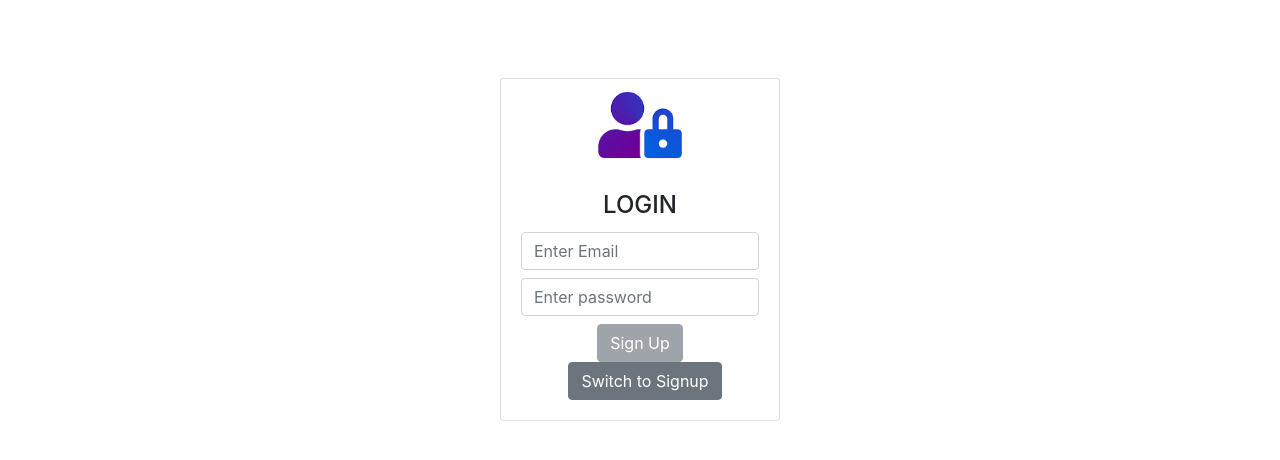
Repository: hosseinemami1370/iranicard
Page: /signup
These files come from the project's save history. The page is drawn as it stood at one moment and after the next save; the edit follows.
The browser window is 1280 px wide. The pictures show the whole page.
The project was rebuilt for these pictures with package versions that can differ from the ones it lists, and the page was loaded fresh each time. The framework's server and built-in components were replaced by stand-ins that run in the browser. Also part of the build but not shown: nuxt.config.js, components/Header.vue, components/Logo.vue, components/UI/AppButton.vue, components/navigation/Header.vue, layouts/error.vue, layouts/header.vue.

Above is the page before, as saved 2021-03-15 12:41:51.

After the next save:
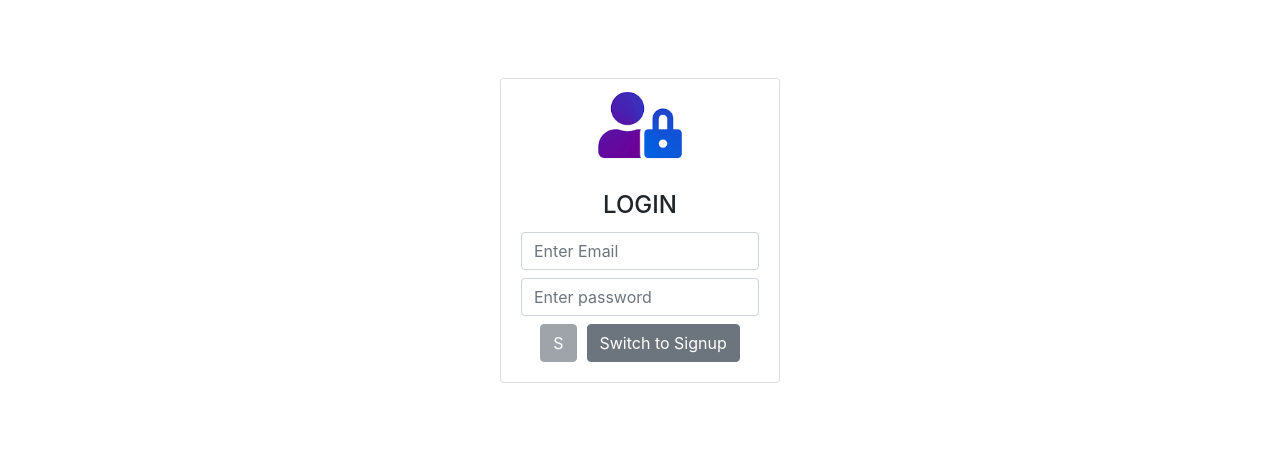
Saved 11 s later.
--- a/pages/signup/index.vue
+++ b/pages/signup/index.vue
@@ -67,9 +67,7 @@
             </div>
 
           <div class="mt-2">
-            <b-button type="submit" :disabled="$v.$invalid">{{
-              "Sign Up"
-            }}</b-button>
+            <b-button type="submit" :disabled="$v.$invalid">S</b-button>
             <b-button
               type="button"
               style="margin-left: 10px"
